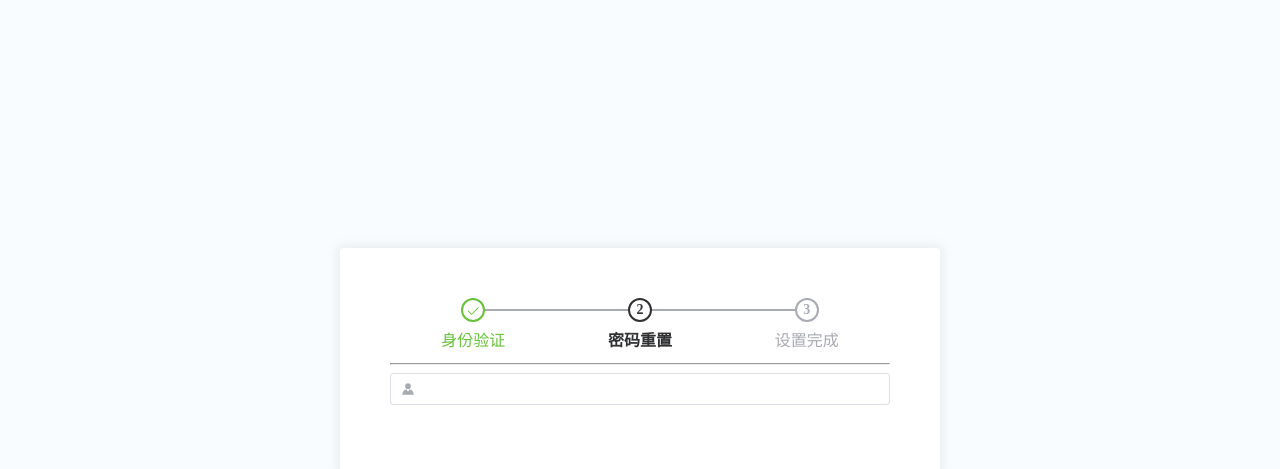
Repository: Harmony-camp/ckw-manager
Page: /#/ForgotPassword (app in manage/)
An editor plug-in stored every save of this project. The page is shown before and after the next save, followed by the edit.
The browser window is 1280 px wide. The pictures show the whole page.
The project was rebuilt for these pictures with package versions that can differ from the ones it lists, and the page was loaded fresh each time. Also part of the build but not shown: manage/vite.config.js.

Above is the page before, as saved 2023-05-27 10:22:45.

After the next save:
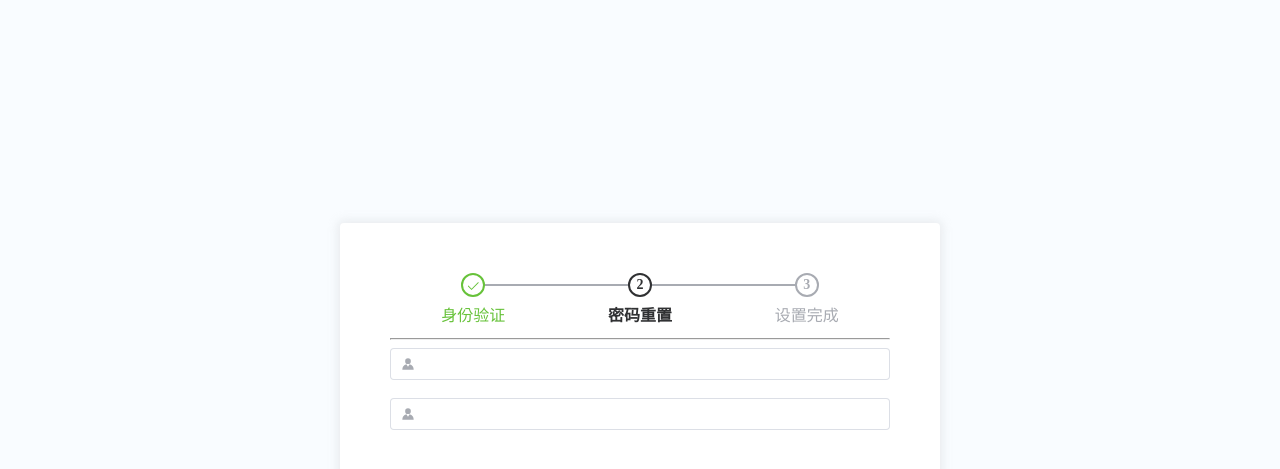
Saved 5 s later.
--- a/manage/src/views/login/ForgotPassword.vue
+++ b/manage/src/views/login/ForgotPassword.vue
@@ -10,6 +10,9 @@
       <div class="main">
         <div class="setIdentity" v-if="active == 1">
           <el-form>
+            <el-form-item>
+              <el-input :prefix-icon="Avatar" />
+            </el-form-item>
             <el-form-item>
               <el-input :prefix-icon="Avatar" />
             </el-form-item>
